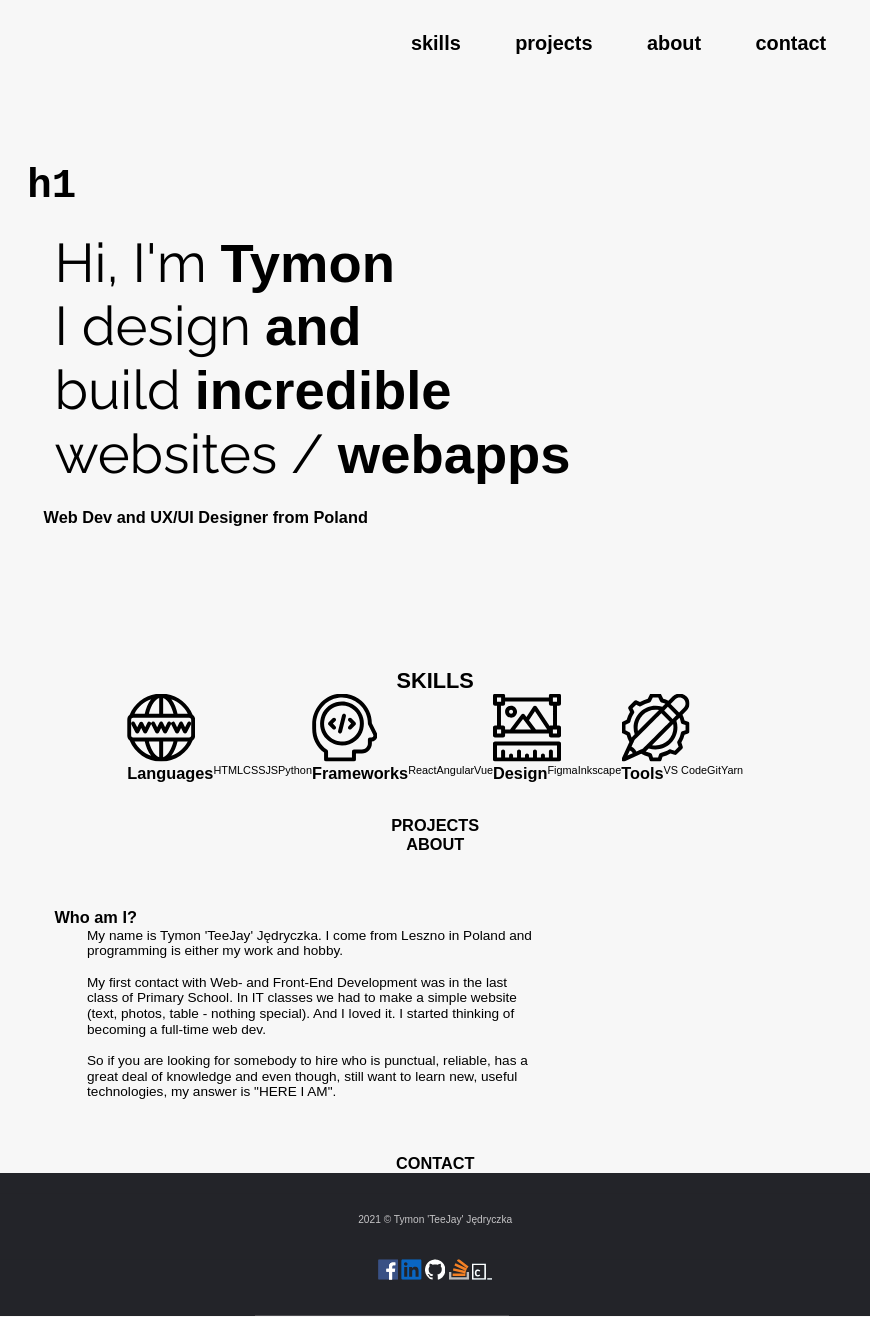
Repository: TeeJaysDev/Portfolio
Page: index.html
These files come from the project's save history. The page is drawn as it stood at one moment and after the next save; the edit follows.
The browser window is 1280 px wide. The pictures show the whole page, at 68% of full size.

Above is the page before, as saved 2021-04-23 15:27:31.

### index.html
<!DOCTYPE html>
<html lang="en">
<head>
    <meta charset="UTF-8">
    <meta http-equiv="X-UA-Compatible" content="IE=edge">
    <meta name="viewport" content="width=device-width, initial-scale=1.0">
    <script type="text/javascript" src="script.js"></script>
    <link rel="stylesheet" href="style.css">
    <link href="https://fonts.googleapis.com/css2?family=Raleway&display=swap" rel="stylesheet">
    <link href="https://fonts.googleapis.com/css2?family=Quicksand:wght@700&display=swap" rel="stylesheet">
    <title>Tymon Jędryczka | Portfolio</title>
</head>
<body>
    <header>
    </header>
    <nav>
        <a href="#skills"><h3>skills</h3></a>
        <a href="#projects"><h3>projects</h3></a>
        <a href="#about"><h3>about</h3></a>
        <a href="#contact"><h3>contact</h3></a>
    </nav>
    <main>
        <h2 class="welcome_part_h1">h1</h2>
        <h1 class="welcome_part">
            Hi, I'm <strong>Tymon</strong><br>
            I design <strong>and</strong><br>
            build <strong>incredible</strong><br>
            websites / <strong>webapps</strong>
        </h1>
        <h2 class="welcome_part_h2">
            Web Dev and UX/UI Designer from Poland
        </h2>
    </main>
    <div class="main">
        <center>
            <h1>
                SKILLS
            </h1>
        </center>
    <section id="skills">
        <div class="languages">
            <div class="box">
                <div class="image">
                    <img src="Images/svg/languages.svg">
                </div>
                <div class="text">
                    <h2>Languages</h2>
                    <li>HTML</li>
                    <li>CSS</li>
                    <li>JS</li>
                    <li>Python</li>
                </div>
            </div>
        </div>
        <div class="frameworks">
            <div class="box">
                <div class="image">
                    <img src="Images/svg/frameworks.svg">
                </div>
                <div class="text">
                    <h2>Frameworks</h2>
                    <li>React</li>
                    <li>Angular</li>
                    <li>Vue</li>
                </div>
            </div>
        </div>
        <div class="design">
            <div class="box">
                <div class="image">
                    <img src="Images/svg/design.svg">
                </div>
                <div class="text">
                    <h2>Design</h2>
                    <li>Figma</li>
                    <li>Inkscape</li>
                </div>
            </div>
        </div>
        <div class="tools">
            <div class="box">
                <div class="image">
                    <img src="Images/svg/tools.svg">
                </div>
                <div class="text">
                    <h2>Tools</h2>
                    <li>VS Code</li>
                    <li>Git</li>
                    <li>Yarn</li>
                </div>
            </div>
        </div>
    </section>
    <section id="projects">
        <center>
            <h1>
                PROJECTS
            </h1>
        </center>
    </section>
    <section id="about">
        <center>
            <h1>
                ABOUT
            </h1>
        </center>
        <h2>
            Who am I?
        </h2>
        <p>
            My name is Tymon 'TeeJay' Jędryczka. I come from Leszno in Poland and programming is either my work and hobby.
            <br><br>
            My first contact with Web- and Front-End Development was in the last class of Primary School. In IT classes we had to make a simple website (text, photos, table - nothing special). And I loved it. I started thinking of becoming a full-time web dev.
            <!-- <br><br> I am also a self-taught dev and with CodeCademy and YouTube I get knowledge of HTML5, CSS3, JS, and its frameworks (React, Angular, Vue). I call myself a 2-in-1 developer 'cause I design things (usually in Figma) and then make them real by writing some code. -->
            <br><br>
            So if you are looking for somebody to hire who is punctual, reliable, has a great deal of knowledge and even though, still want to learn new, useful technologies, my answer is "HERE I AM".
        </p>
    </section>
    <section id="contact">
        <center>
            <h1>
                CONTACT
            </h1>
        </center>
    </section>
    <footer>
        <h4>2021 &copy; Tymon 'TeeJay' Jędryczka</h4>
        <li><a href="https://facebook.com/tymonjedr/" target="_blank"><img src="Images/svg/facebook.svg" alt="Facebook LOGO"></a></li>
        <li><a href="https://linkedin.com/in/tymon-jedryczka/" target="_blank"><img src="Images/svg/linkedin.svg" alt="LinkedIn LOGO"></a></li>
        <li><a href="https://github.com/TeeJaysDev" target="_blank"><img src="Images/svg/github.svg" alt="GitHub LOGO"></a></li>
        <li><a href="https://stackoverflow.com/users/15029595/teejaysdev" target="_blank"><img src="Images/svg/stack.svg" alt="Stack LOGO"></a></li>
        <li><a href="https://codecademy.com/profiles/TeeJaysDev" target=”_blank”><img src="Images/svg/codecademy.svg" alt="CodeCademy LOGO"></a></li>
    </footer>
</body>
</html>

### style.css
* {
    margin: 0;
    padding: 0;
    font-family: sans-serif;
    text-decoration: none;
}

body {
    background-color: #F7F7F7;
}

nav {
    display: flex;
    justify-content: flex-end;
    margin-right: 0rem;
    margin-top: 0rem;
}

nav a {
    color: #000000;
    padding: 0.938rem;
    margin-top: 2rem;
    margin-right: 3.125rem;
    font-size: 1.563rem;
}

 main .welcome_part_h1 {
    font-family: monospace;
    font-size: 3.75rem;
    margin-top: 9rem;
    margin-left: 2.5rem;
    margin-bottom: 0rem;
}

main .welcome_part {
    margin-top: 2rem;
    margin-left: 5rem;
    margin-bottom: 2rem;
    font-family: Raleway;
    font-weight: lighter;
    font-size: 5rem;
    min-width: 18ch;
}

main .welcome_part_h2 {
    margin-bottom: 13rem;
    margin-left: 4rem;
}

#skills {
    display: flex;
    justify-content: center;
}

.box {

}

.image {

}

.text {
    list-style: none;
    display: flex;
    margin
}

#about p {
    font-size: 1.25rem;
    max-width: 60ch;
    margin-left: 8rem;
    margin-bottom: 5rem;
}

#about h2 {
    margin-left: 5rem;
    margin-top: 5rem;
}

#projects h1 {
    width: 15%;
    margin-top: 3rem;
}

#about h1 {
    width: 15%;
}

#contact h1 {
    width: 17%;
}

footer, footer h4 {
    color: #C5C4C6;
    background-color: #232429;
    font-family: Arial, Helvetica, sans-serif;
    font-size: 0.938rem;
    font-weight: lighter;
    text-align: center;
    z-index: -1;
    padding-top: 1.875rem;
    padding-bottom: 3.125rem;
}

footer li{
    margin: 0 1.25;
    display: inline;
}

body .error {
    text-align: center;
}

.error p {
    font-family: Quicksand;
    font-weight: 700;
    color: #000000;
    font-size: 20rem;
    margin-top: 5rem;
}

.error button a {
    text-decoration: none;
    text-align: center;
    color: #000000;
    font-size: 2rem;
    padding: 3rem;
}

.error .mainError {
    display: flex;
    text-align: center;
    margin-left: 40rem;
    margin-right: auto;
}

.error img {
    width: 250px;
}

.error button {
    margin-top: 10rem;
}
/* Smartphone (portrait) --- */

@media only screen
and (min-width: 320px)
and (max-width: 767px) {

    nav {
        display: flex;
        justify-content: flex-end;
        margin-right: 1rem;
        margin-top: 0rem;
    }

    nav a {
        padding: 0.938rem;
        margin-top: 2rem;
        margin-right: -1rem;
        font-size: 1rem;
    }

     main .welcome_part_h1 {
        font-family: monospace;
        font-size: 2.5rem;
        margin-top: 9rem;
        margin-left: 1rem;
    }

    main .welcome_part {
        margin-top: 1rem;
        margin-left: 2rem;
        margin-bottom: 2rem;
        font-size: 1.63rem;
        min-width: 18ch;
    }

    main .welcome_part_h2 {
        margin-bottom: 10rem;
        margin-left: 2rem;
        font-size: 1rem;
    }

    section h1 {
        font-size: 3rem;
        margin-bottom: 1.563rem;
    }

    #about p {
        font-size: 1.25rem;
        max-width: 22ch;
        margin-left: 2rem;
        margin-bottom: 5rem;
    }

    #about h2 {
        margin-left: 2rem;
        margin-top: 5rem;
    }

    footer, footer h4 {
        padding-top: 1.875rem;
        padding-bottom: 3.125rem;
        width: 100%;
    }

    footer li{
        margin: 0 1.25;
        display: inline;
    }
}



@media only screen
and (min-width: 768px)
and (max-width: 1024px)
and (orientation: portrait) {

    * {
        margin: 0;
        padding: 0;
        font-family: sans-serif;
        text-decoration: none;
    }

    body {
        background-color: #F7F7F7;
    }

    nav {
        display: flex;
        justify-content: flex-end;
        margin-right: 0rem;
        margin-top: 0rem;
    }

    nav a {
        color: #000000;
        padding: 0.938rem;
        margin-top: 2rem;
        margin-right: 3.125rem;
        font-size: 1.563rem;
    }

     main .welcome_part_h1 {
        font-family: monospace;
        font-size: 3.75rem;
        margin-top: 13rem;
        margin-left: 2.5rem;
        margin-bottom: 0rem;
    }

    main .welcome_part {
        margin-top: 2rem;
        margin-left: 5rem;
        margin-bottom: 2rem;
        font-family: Raleway;
        font-weight: lighter;
        font-size: 3.9rem;
        min-width: 18ch;
    }

    main .welcome_part_h2 {
        margin-bottom: 20rem;
        margin-left: 4rem;
    }

    #about p {
        font-size: 1.25rem;
        max-width: 45ch;
        margin-left: 8rem;
        margin-bottom: 5rem;
    }

    #about h2 {
        margin-left: 5rem;
        margin-top: 5rem;
    }

    #projects h1 {
        width: 15%;
        margin-top: 3rem;
    }

    #about h1 {
        width: 15%;
    }

    #contact h1 {
        width: 17%;
    }

    footer, footer h4 {
        color: #C5C4C6;
        background-color: #232429;
        font-family: Arial, Helvetica, sans-serif;
        font-size: 0.938rem;
        font-weight: lighter;
        text-align: center;
        z-index: -1;
        width: 100%;
        padding-top: 1.875rem;
        padding-bottom: 3.125rem;
    }

    body .error {
        text-align: center;
    }

    .error p {
        font-family: Quicksand;
        font-weight: 700;
        color: #000000;
        font-size: 20rem;
        margin-top: 5rem;
    }

    .error button a {
        text-decoration: none;
        text-align: center;
        color: #000000;
        font-size: 2rem;
        padding: 3rem;
    }

    .error .mainError {
        display: flex;
        text-align: center;
        margin-left: 40rem;
        margin-right: auto;
    }

    .error img {
        width: 250px;
    }

    .error button {
        margin-top: 10rem;
    }
}

@media only screen
and (min-width: 953)
and (max-width: 1230) {
     p {
        margin-left: 1rem;
    }
}

@media only screen
and (min-width: 550px)
and (max-width: 700px) {
    main .welcome_part_h1 {
        font-family: monospace;
        font-size: 3.75rem;
        margin-top: 13rem;
        margin-left: 2.5rem;
        margin-bottom: 0rem;
    }

    main .welcome_part {
        margin-top: 2rem;
        margin-left: 5rem;
        margin-bottom: 2rem;
        font-size: 2.6rem;
    }

    main .welcome_part_h2 {
        margin-bottom: 20rem;
        margin-left: 4rem;
    }
}

@media only screen
and (min-width: 1920px) {
    main .welcome_part_h1 {
        font-family: monospace;
        font-size: 3.75rem;
        margin-top: 13rem;
        margin-left: 2.5rem;
        margin-bottom: 0rem;
    }

    main .welcome_part {
        margin-top: 2rem;
        margin-left: 5rem;
        margin-bottom: 2rem;
        font-size: 5rem;
    }

    main .welcome_part_h2 {
        margin-bottom: 20rem;
        margin-left: 4rem;
        font-size: 2.5rem;
    }
}

Loaded but not shown: script.js (no stored copy; drawn as an empty file)

After the next save:
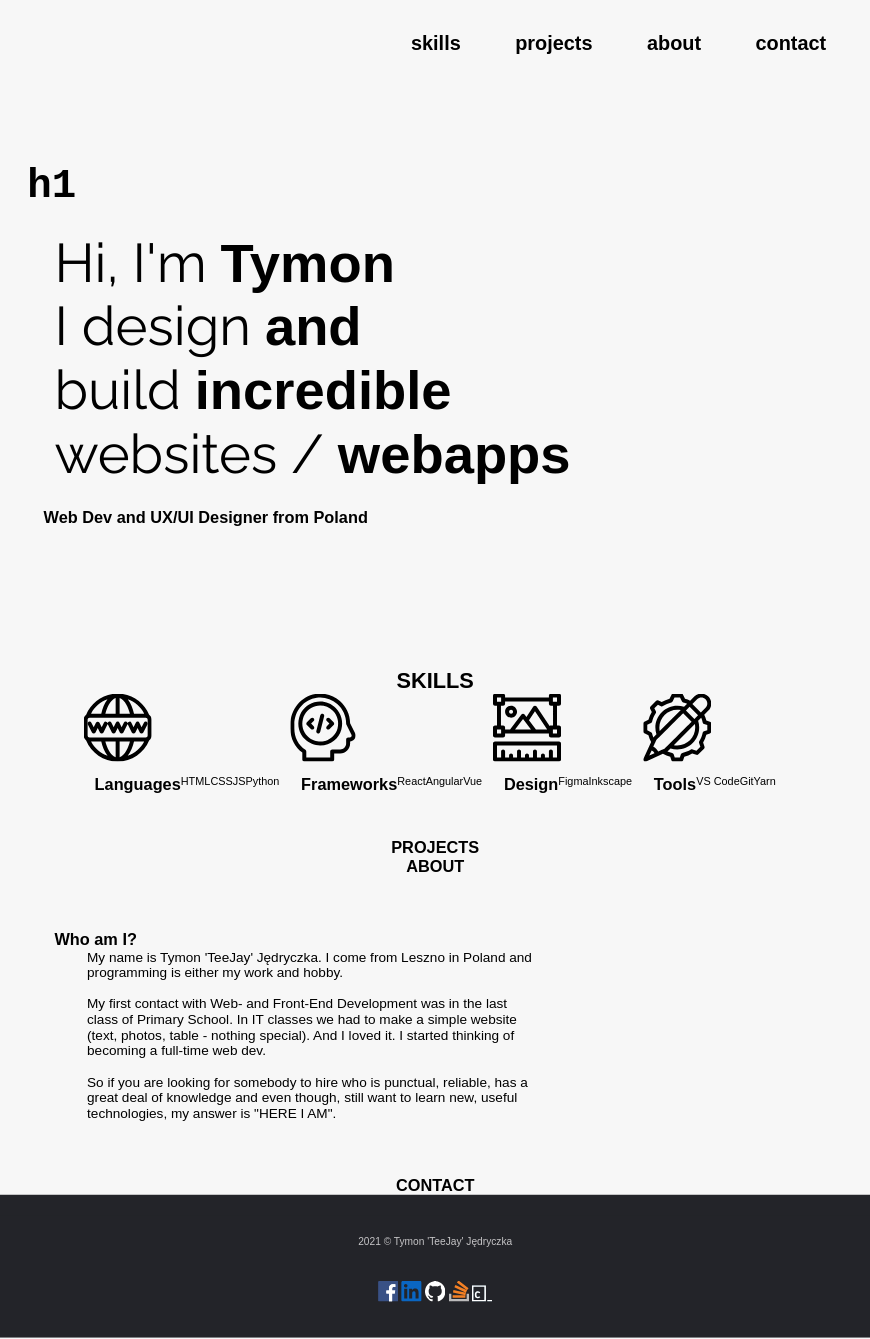
Saved 7 s later.
--- a/style.css
+++ b/style.css
@@ -63,7 +63,7 @@ main .welcome_part_h2 {
 .text {
     list-style: none;
     display: flex;
-    margin
+    margin: 1rem;
 }
 
 #about p {
